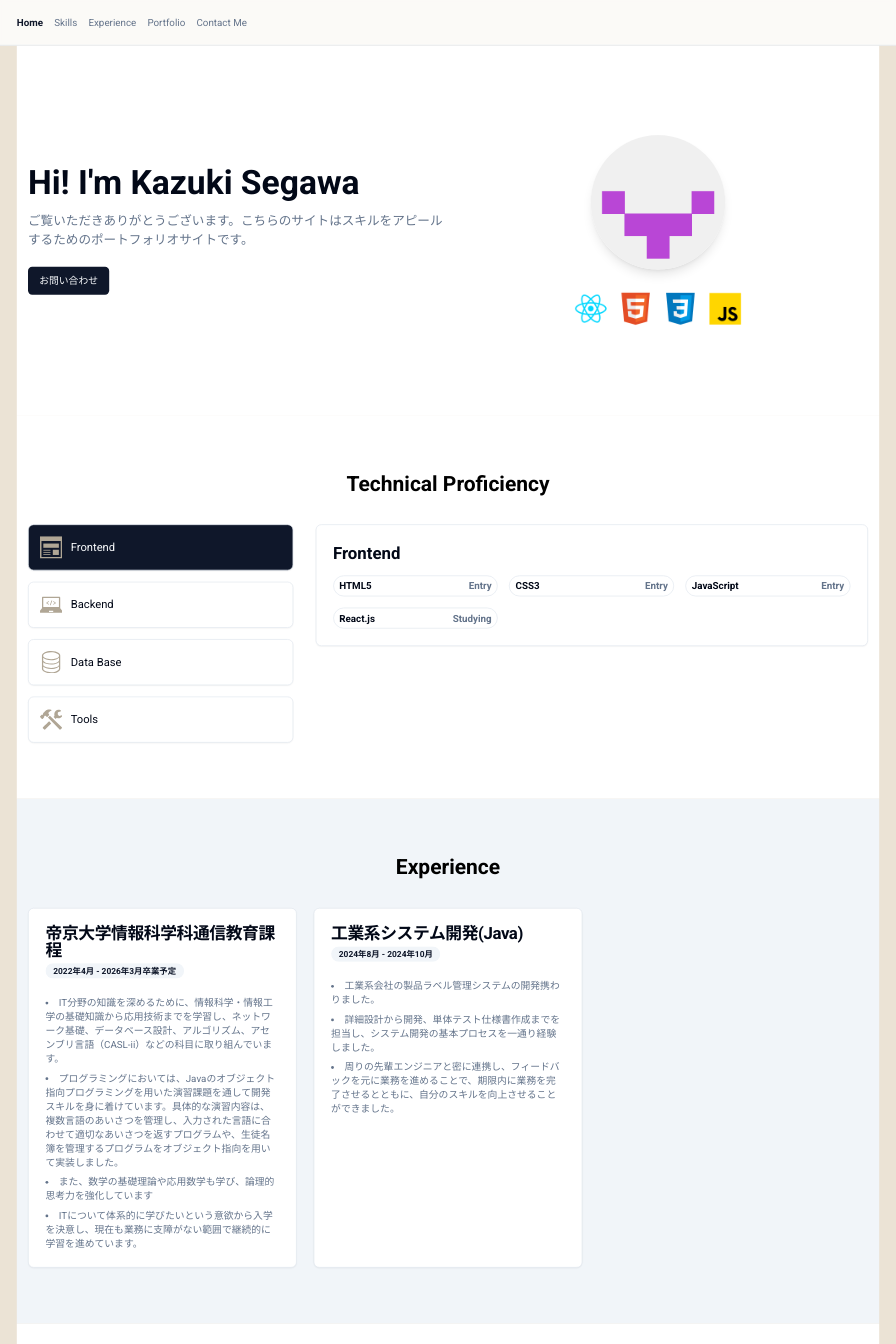
Repository: segawa74/SegawaSite
Page: /
An editor plug-in stored every save of this project. The page is shown before and after the next save, followed by the edit.
The browser window is 1280 px wide. The pictures show the part of the page from y = 0 to 1920 px (the page is 2859 px tall), at 70% of full size.
The project was rebuilt for these pictures with package versions that can differ from the ones it lists, and the page was loaded fresh each time. Also part of the build but not shown: vite.config.ts.

Above is the page before, as saved 2024-10-24 10:00:02.

After the next save:
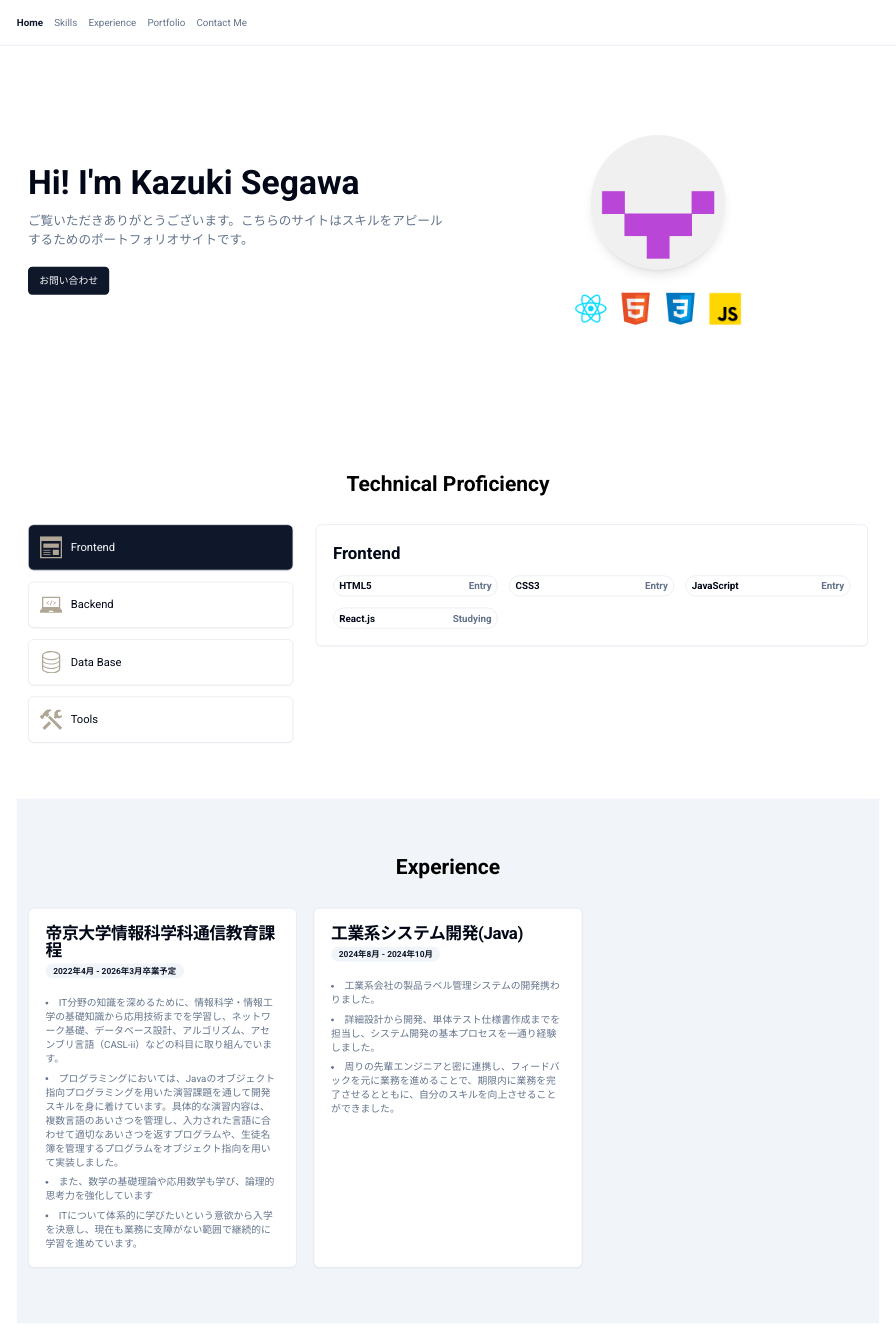
Saved 11 s later.
--- a/src/index.css
+++ b/src/index.css
@@ -13,7 +13,7 @@
 body {
 
   color: #000000;
-  background-color: #EBE3D5;
+  background-color: #ffffff;
 }
 
 @layer base {
